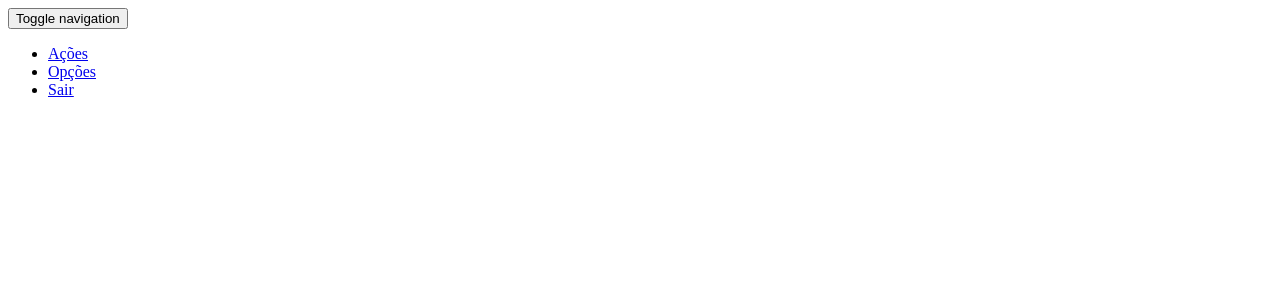
Repository: icaroplive/dashboard_carteira_acoes
Page: views/sidebar.html
An editor plug-in stored every save of this project. The page is shown before and after the next save, followed by the edit.
The browser window is 1280 px wide. The pictures show the whole page.

Above is the page before, as saved 2020-08-18 18:41:52.

After the next save:
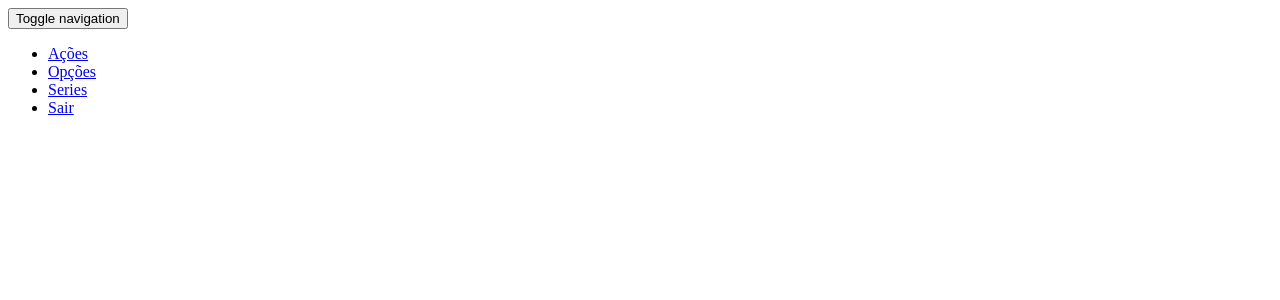
Saved 41 s later.
--- a/views/sidebar.html
+++ b/views/sidebar.html
@@ -16,6 +16,9 @@
         <li ng-class="{active : location.path() =='/opcoes'}""><a href=" #/opcoes">Opções<span style="font-size:16px;"
             class="pull-left hidden-xs showopacity glyphicon glyphicon-home"></span></a></li>
 
+        <li ng-class="{active : location.path() =='/series'}""><a href=" #/opcoes">Series<span style="font-size:16px;"
+            class="pull-left hidden-xs showopacity glyphicon glyphicon-home"></span></a></li>
+
         <li>
           <a href="#/logoff">Sair <span style="font-size:16px;"
               class="pull-rigt hidden-xs showopacity glyphicon glyphicon-log-in"></span></a>
